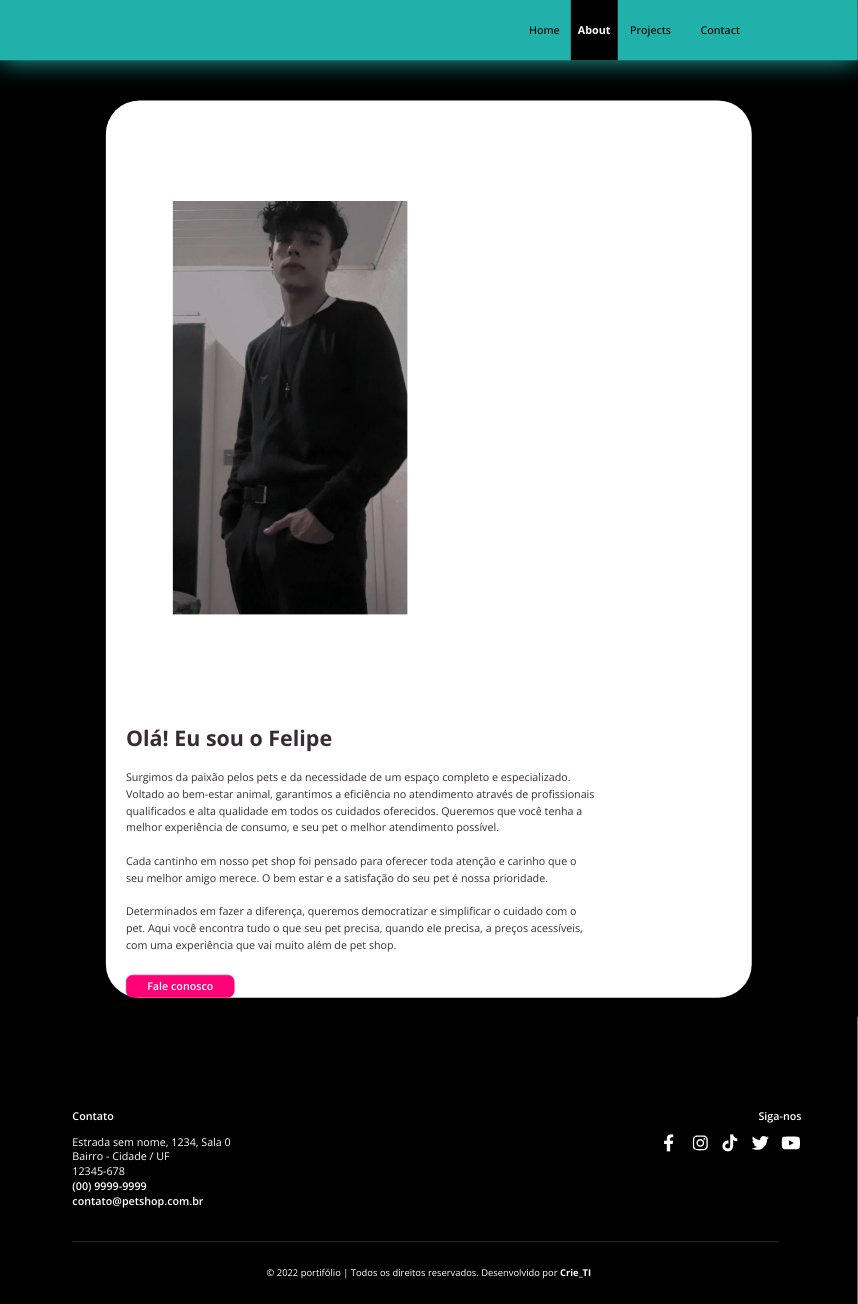
Repository: Fel1pit0/CRIE_TI
Page: Projetos/Portifólio/about.html
The author's editor kept a copy of each file at every save. The page is drawn from the files as they stood at one save, then again after the next save.
The browser window is 1280 px wide. The pictures show the whole page, at 67% of full size.

Above is the page before, as saved 2022-05-25 14:51:29.

After the next save:
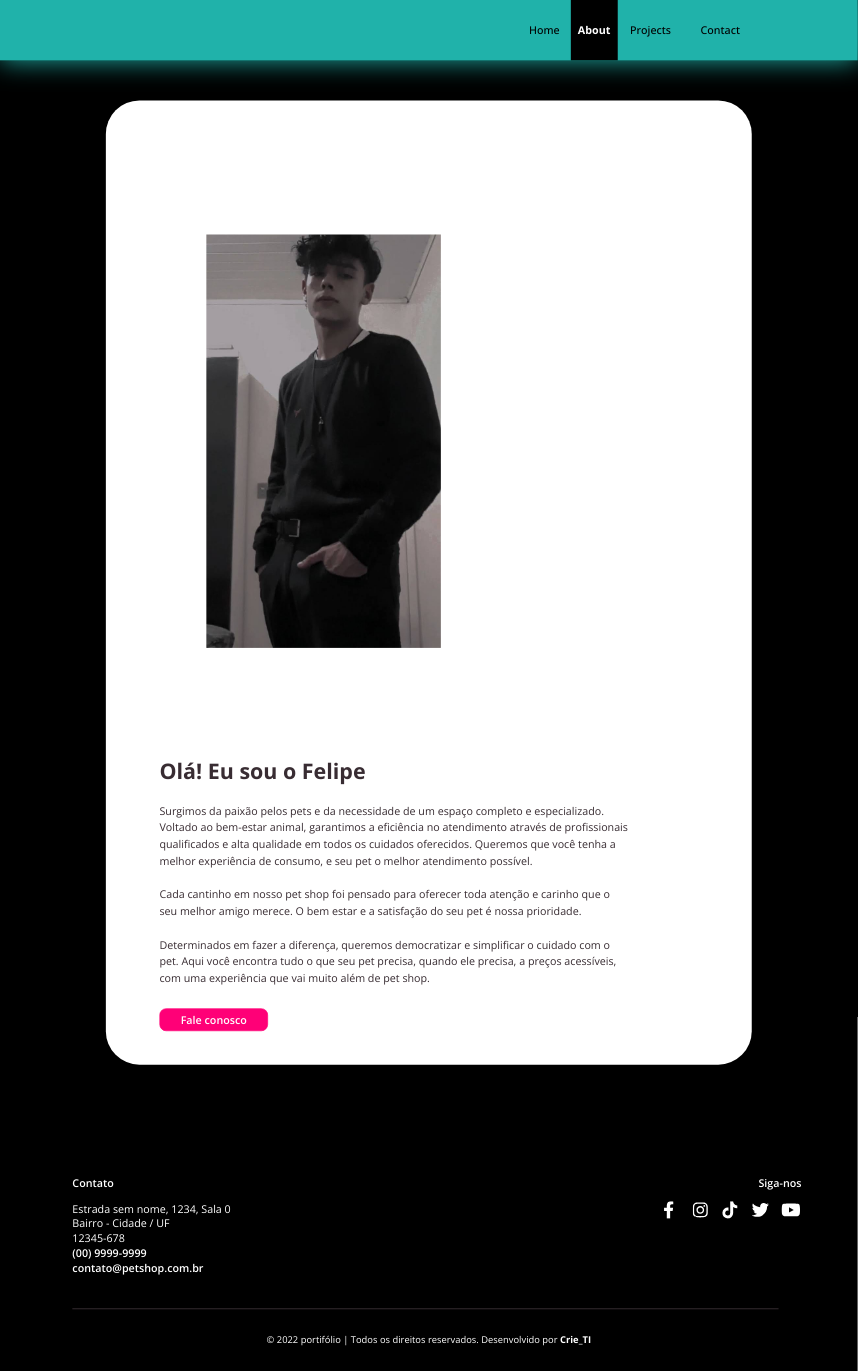
Saved 16 s later.
--- a/Projetos/Portifólio/styles.css
+++ b/Projetos/Portifólio/styles.css
@@ -295,6 +295,7 @@
   border-radius: 50px;
   left: 0;
   right: 0;
+  padding: 50px 50px;
 }
 .image-about{
   display: inline-block;

After the 2 saves that followed:
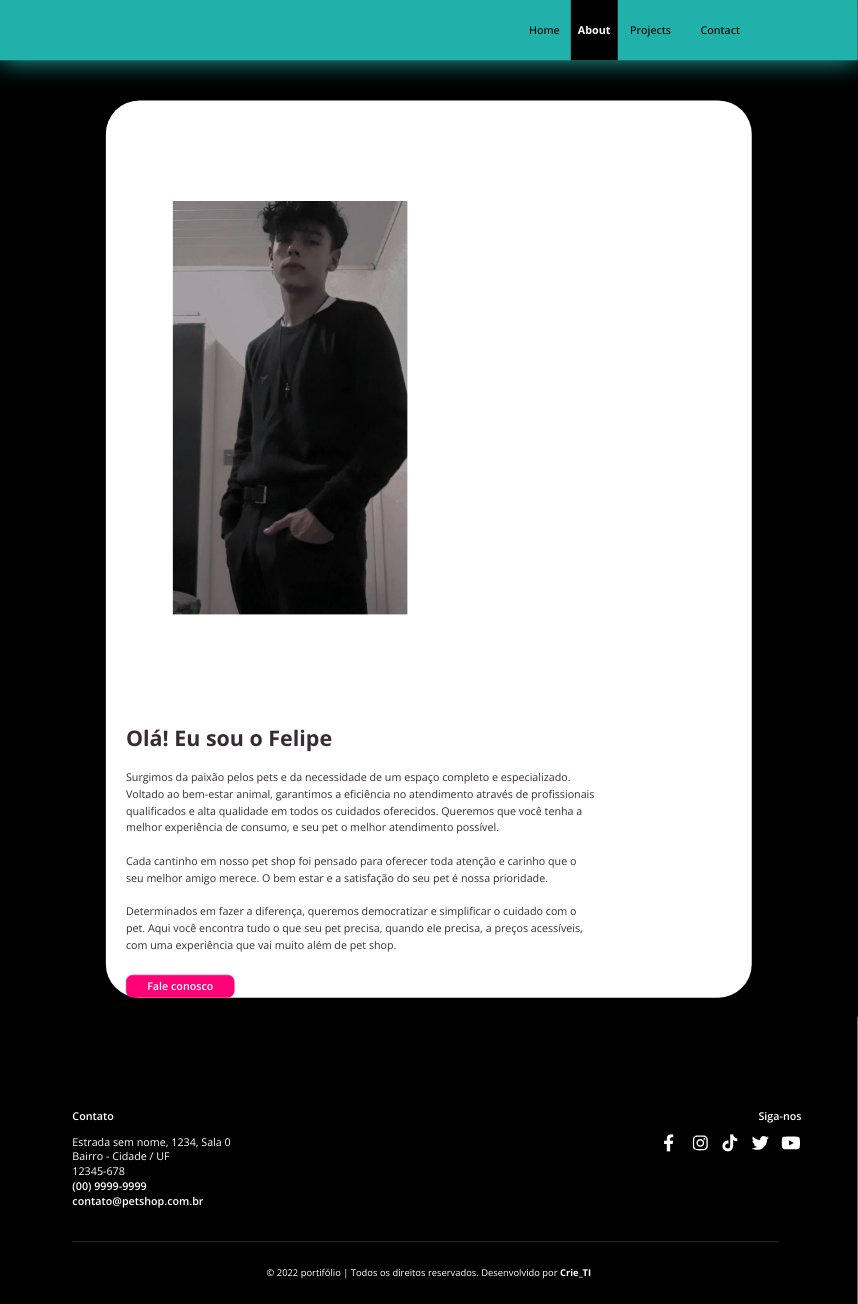
The 2 saves are shown as one change because they came seconds apart.
The last was saved 10 s later.
--- a/Projetos/Portifólio/styles.css
+++ b/Projetos/Portifólio/styles.css
@@ -293,9 +293,6 @@
   background-color: white;
   margin: 150px;
   border-radius: 50px;
-  left: 0;
-  right: 0;
-  padding: 50px 50px;
 }
 .image-about{
   display: inline-block;
